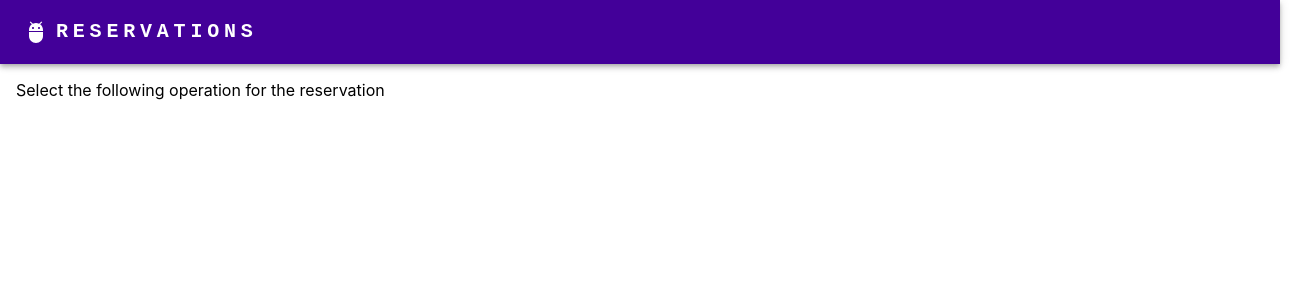
Repository: jbpadilha/reservationAWSRXJS
Page: /
These files come from the project's save history. The page is drawn as it stood at one moment and after the next save; the edit follows.
The browser window is 1280 px wide. The page is 1296 px wide, so the pictures cover 1296 px, including what lies to the right of the window. The pictures show the whole page.
The project was rebuilt for these pictures with package versions that can differ from the ones it lists, and the page was loaded fresh each time. Also part of the build but not shown: src/App.css.

Above is the page before, as saved 2023-07-11 21:00:19.

### src/index.tsx
import React, { Suspense, StrictMode } from "react";
import { createRoot } from "react-dom/client";
import { Provider } from "react-redux";
import { ThemeProvider } from "@mui/material/styles";
import "./index.css";
import { PersistGate } from "redux-persist/integration/react";
import { CircularProgress, LinearProgress } from "@mui/material";
import { persistStore } from "redux-persist";
import App from "./App";
import muiTheme from "./config/muiTheme";
import { store } from "./store/store";
import "./config/i18next";

<link rel="preconnect" href="https://fonts.googleapis.com" />;
<link rel="preconnect" href="https://fonts.gstatic.com" crossOrigin="" />;
<link
  href="https://fonts.googleapis.com/css2?family=Inter:wght@100;300;400;500;600;700&family=Roboto:ital,wght@0,300;0,400;0,500;0,700;1,400&display=swap"
  rel="stylesheet"
/>;
<link
  rel="stylesheet"
  href="https://fonts.googleapis.com/icon?family=Material+Icons"
/>;

// eslint-disable-next-line import/prefer-default-export
export const persistor = persistStore(store as any);

const container = document.createElement("div");
document.body.appendChild(container);

createRoot(container).render(
  <StrictMode>
    <Provider store={store}>
      <PersistGate loading={<CircularProgress />} persistor={persistor}>
        <ThemeProvider theme={muiTheme}>
          <Suspense fallback={<LinearProgress />}>
            <App />
          </Suspense>
        </ThemeProvider>
      </PersistGate>
    </Provider>
  </StrictMode>,
);

### src/App.tsx
import React from "react";
import "./App.css";

import RoutesComponent from "./components/routes/RoutesComponent";

const App = () => (
  <div className="App">
    <RoutesComponent />
  </div>
);

export default App;

### src/config/muiTheme.ts
import { createTheme } from "@mui/material";

const muiTheme = createTheme({
  background: "white",
  breakpoints: {
    values: {
      xs: 0,
      sm: 600,
      md: 960,
      lg: 1440,
      xl: 1964,
    },
  },
  palette: {
    primary: {
      main: "#430099",
      dark: "#EB078C",
    },
    baseColor: "##430099",
    baseColorTxt: "#6c757d",
    lightGreyTxt: "#98a6ad",
    backgroundGray: "#F9F9F9",
    titleDarkRed: "#0B1B39",
    fontColorRed: "#EB078C",
  },
});

export default muiTheme;

### src/store/store.ts
import { configureStore } from "@reduxjs/toolkit";
import sessionStorage from "redux-persist/lib/storage";
import {
  persistReducer,
  FLUSH,
  REHYDRATE,
  PAUSE,
  PERSIST,
  PURGE,
  REGISTER,
} from "redux-persist";
import reducers from "./reducers";

const persistConfig = {
  key: "root",
  storage: sessionStorage,
};

const persistedReducer = persistReducer(persistConfig, reducers);

export const store = configureStore({
  reducer: persistedReducer,
  middleware: (getDefaultMiddleware) =>
    getDefaultMiddleware({
      serializableCheck: {
        ignoredActions: [FLUSH, REHYDRATE, PAUSE, PERSIST, PURGE, REGISTER],
      },
    }),
});

// Infer the `RootState` and `AppDispatch` types from the store itself
export type RootState = ReturnType<typeof store.getState>;
// Inferred type: {posts: PostsState, comments: CommentsState, users: UsersState}
export type AppDispatch = typeof store.dispatch;

### src/config/i18next.ts
/* eslint-disable import/no-unresolved */
/* eslint-disable camelcase */
import i18next from "i18next";
import { initReactI18next } from "react-i18next";
import LanguageDetector from "i18next-browser-languagedetector";

import en from "./locales/en.json";

const options = {
  // order and from where user language should be detected
  order: [
    "querystring",
    "cookie",
    "localStorage",
    "sessionStorage",
    "navigator",
    "htmlTag",
    "path",
    "subdomain",
  ],
};

const i18nOptions: any = {
  fallbackLng: "en",
  detection: options,
  debug: true,
  resources: {
    en: { translation: en },
  },
  interpolation: {
    escapeValue: false,
  },
  react: {
    bindI18n: "languageChanged",
    bindI18nStore: "",
    transEmptyNodeValue: "",
    transSupportBasicHtmlNodes: true,
    useSuspense: true,
    omitBoundRerender: false,
  },
};

i18next.use(LanguageDetector).use(initReactI18next).init(i18nOptions);

export default i18next;

### src/components/routes/RoutesComponent.tsx
import React from "react";
import { BrowserRouter, Route, Routes } from "react-router-dom";

const Main = React.lazy(() => import("../Main"));
const RoutesComponent = () => {
  return (
    <BrowserRouter>
      <Routes>
        <Route path="/" element={<Main />} />
        <Route path="*" element={<Main />} />
      </Routes>
    </BrowserRouter>
  );
};
export default RoutesComponent;

### src/store/reducers.ts
import { combineReducers } from "redux";
import genericReducer from "./genericReducer";

export default combineReducers({
  reservations: genericReducer,
});

### src/config/locales/en.json
{
    "selectMenu": "Select the following operation for the reservation",
    "btnSearchRoute": "Search for Reservation",
    "departureDate": "Departure Date",
    "lastName": "Last Name",
    "enterLastName": "Enter the last Name"
}

### src/components/Main.tsx
import React from "react";
import { Grid } from "@mui/material";
import Header from "./Header";
import MainRoutes from "./routes/MainRoutes";

const Main = () => {
  return (
    <Grid
      container
      sx={{ width: "100%", height: "100%", flexDirection: "row" }}
    >
      <Grid component="header" item xs={12} sx={{ fontSize: 24 }}>
        <Header />
      </Grid>
      <Grid item xs={12} component="main">
        <MainRoutes />
      </Grid>
    </Grid>
  );
};

export default Main;

### src/store/genericReducer.ts
/* eslint-disable default-param-last */
import { Action, State } from "../interfaces/interfaces";
import { GenericActions } from "./genericActions";

const initialState: State = {
  openMessageModal: false,
  typeMessage: "info",
  messageModal: "",
  loading: false,
};
const genericReducer = (
  state: State = initialState,
  { type, payload }: Action,
): any => {
  switch (type) {
    case GenericActions.CLOSE_MESSAGE_MODAL:
      return {
        ...state,
        openMessageModal: false,
        messageModal: null,
        typeMessage: "info",
      };
    case GenericActions.INFO_MESSAGE_MODAL:
      return {
        ...state,
        openMessageModal: true,
        messageModal: payload,
        typeMessage: "info",
      };
    case GenericActions.SUCCESS_MESSAGE_MODAL:
      return {
        ...state,
        openMessageModal: true,
        messageModal: payload,
        typeMessage: "success",
      };
    case GenericActions.FAIL_MESSAGE_MODAL:
      return {
        ...state,
        openMessageModal: true,
        messageModal: payload,
        typeMessage: "error",
      };
    case GenericActions.API_GENERIC_SUCCESS: {
      switch (payload?.actionType) {
        default:
          return state;
      }
    }
    case GenericActions.API_GENERIC_ERROR: {
      switch (payload?.actionType) {
        default:
          return state;
      }
    }
    default:
      return state;
  }
};

export default genericReducer;

### src/components/Header.tsx
import React from "react";
import { AppBar, Toolbar, Typography } from "@mui/material";
import Container from "@mui/material/Container";
import AdbIcon from "@mui/icons-material/Adb";

const Header = () => {
  return (
    <AppBar position="static">
      <Container maxWidth="xl">
        <Toolbar disableGutters>
          <AdbIcon sx={{ display: { xs: "none", md: "flex" }, mr: 1 }} />
          <Typography
            variant="h6"
            noWrap
            component="a"
            href="/"
            sx={{
              mr: 2,
              display: { xs: "none", md: "flex" },
              fontFamily: "monospace",
              fontWeight: 700,
              letterSpacing: ".3rem",
              color: "inherit",
              textDecoration: "none",
            }}
          >
            RESERVATIONS
          </Typography>
        </Toolbar>
      </Container>
    </AppBar>
  );
};

export default Header;

### src/components/routes/MainRoutes.tsx
import { Suspense } from "react";
import { LinearProgress } from "@mui/material";
import { Route, Routes } from "react-router-dom";
import { MultiRoutes } from "../../interfaces/interfaces";
import generalRoutes from "./generalRoutes";
import Menu from "../Menu";

const MainRoutes = () => {
  const routes: MultiRoutes[] = [];
  routes.push(...generalRoutes);

  return (
    <Suspense fallback={<LinearProgress />}>
      <Routes>
        <Route path="/" element={<Menu />} />
        {routes.map((route: MultiRoutes) => (
          <Route key={route.key} path={route.path} element={route.element} />
        ))}
      </Routes>
    </Suspense>
  );
};

export default MainRoutes;

### src/store/genericActions.ts
import { Action } from "../interfaces/interfaces";

export const GenericActions = {
  API_GENERIC_SUCCESS: "API_GENERIC_SUCCESS",
  API_GENERIC_ERROR: "API_GENERIC_ERROR",
  CLOSE_MESSAGE_MODAL: "CLOSE_MESSAGE_MODAL",
  SUCCESS_MESSAGE_MODAL: "SUCCESS_MESSAGE_MODAL",
  FAIL_MESSAGE_MODAL: "FAIL_MESSAGE_MODAL",
  INFO_MESSAGE_MODAL: "INFO_MESSAGE_MODAL",
};

// Generic Api Response Generic Action
export const apiResponseSuccess = (
  actionType: string,
  payload: Action,
): Action => ({
  type: actionType,
  payload: { actionType: payload.type, data: payload.payload },
});

export const apiResponseError = (
  actionType: string,
  payload: Action,
): Action => ({
  type: actionType,
  payload: { actionType: payload.type, data: payload.error },
});

export const infoMessageModal = (message: string): Action => ({
  type: GenericActions.INFO_MESSAGE_MODAL,
  payload: message,
});

export const successMessageModal = (message: string): Action => ({
  type: GenericActions.SUCCESS_MESSAGE_MODAL,
  payload: message,
});

export const failMessageModal = (message: string): Action => ({
  type: GenericActions.FAIL_MESSAGE_MODAL,
  payload: message,
});

export const closeMessageModal = (): Action => ({
  type: GenericActions.CLOSE_MESSAGE_MODAL,
  payload: false,
});

### src/components/routes/generalRoutes.tsx
import React from "react";
import { MultiRoutes } from "../../interfaces/interfaces";

const SearchReservations = React.lazy(() => import("../SearchReservations"));

const generalRoutes: MultiRoutes[] = [
  {
    path: "/search",
    key: "SearchReservations",
    element: <SearchReservations />,
  },
];

export default generalRoutes;

### src/components/Menu.tsx
import React from "react";
import { Grid } from "@mui/material";
import { useTranslation } from "react-i18next";

const Menu = () => {
  const { t } = useTranslation();
  return (
    <Grid container sx={{ margin: 2 }}>
      <Grid item xs={12}>
        {t("selectMenu")}
      </Grid>
    </Grid>
  );
};

export default Menu;

Loaded but not shown: public/index.html (common file); src/index.css (common file)

After the next save:
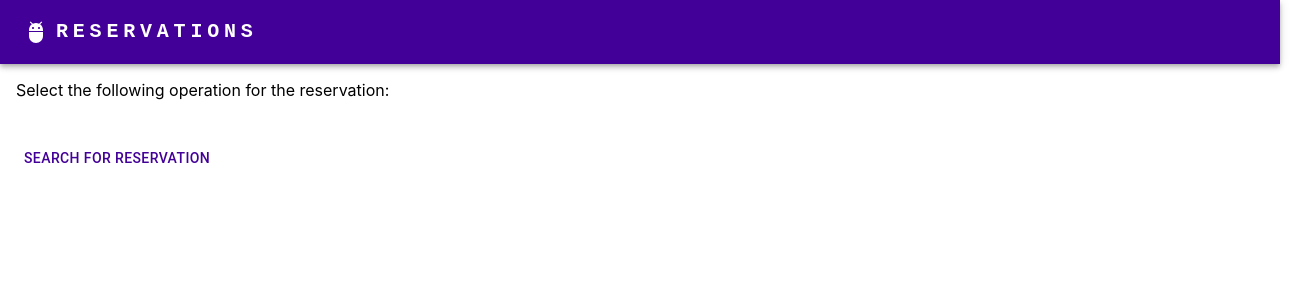
Saved 14 s later.
--- a/src/components/Menu.tsx
+++ b/src/components/Menu.tsx
@@ -1,5 +1,5 @@
 import React from "react";
-import { Grid } from "@mui/material";
+import { Button, Grid } from "@mui/material";
 import { useTranslation } from "react-i18next";
 
 const Menu = () => {
@@ -7,7 +7,10 @@ const Menu = () => {
   return (
     <Grid container sx={{ margin: 2 }}>
       <Grid item xs={12}>
-        {t("selectMenu")}
+        {t("selectMenu")}:
+      </Grid>
+      <Grid item xs={12} sx={{ marginTop: 5 }}>
+        <Button>{t("btnSearchRoute")}</Button>
       </Grid>
     </Grid>
   );
